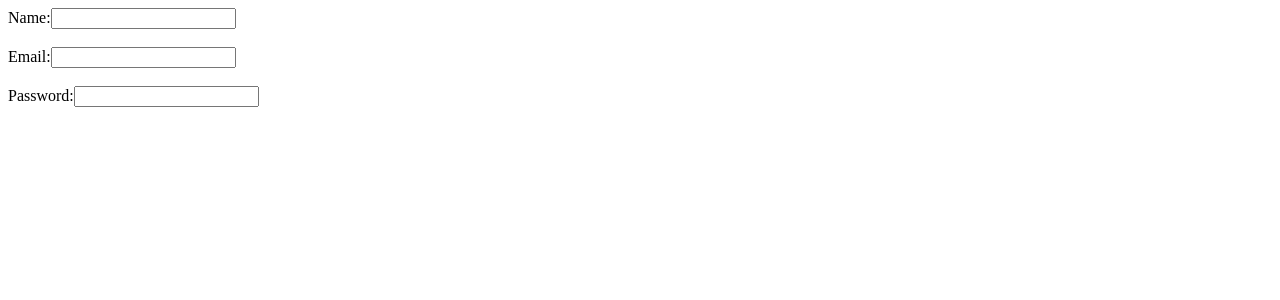
Repository: MohansaiAnuval/Projects-Servlet
Page: http://localhost/Servlet_JDBC/
The author's editor kept a copy of each file at every save. The page is drawn from the files as they stood at one save, then again after the next save.
The browser window is 1280 px wide. The pictures show the whole page.
The page is served by Tomcat 9.

Above is the page before, as saved 2024-05-29 10:08:15.

### Servlet_JDBC/src/main/webapp/index.jsp
<%@ page language="java" contentType="text/html; charset=ISO-8859-1"
    pageEncoding="ISO-8859-1"%>
<!DOCTYPE html>
<html>
<head>
<meta charset="ISO-8859-1">
<title>Insert title here</title>
</head>
<body>
<form>
Name:<input type="text" name="name1" ><br><br>
Email:<input type="text" name="Email" ><br><br>
Password:<input type="password" name="password" ><br><br>


</form>

</body>
</html>

After the next save:
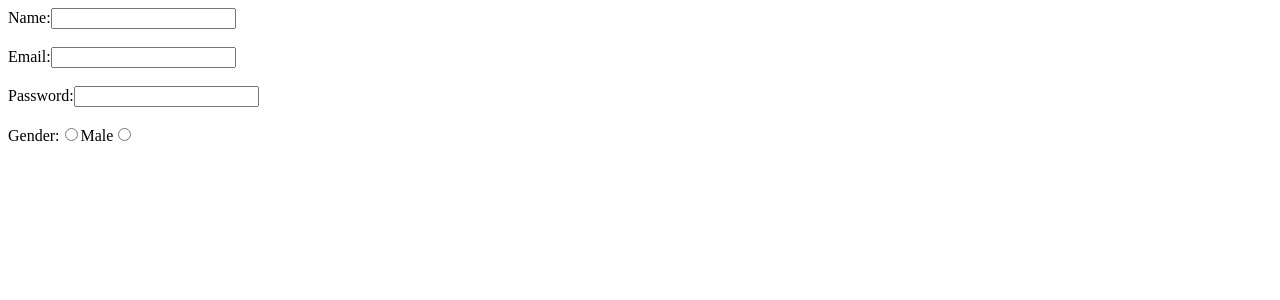
Saved 75 s later.
--- a/Servlet_JDBC/src/main/webapp/index.jsp
+++ b/Servlet_JDBC/src/main/webapp/index.jsp
@@ -11,6 +11,7 @@
 Name:<input type="text" name="name1" ><br><br>
 Email:<input type="text" name="Email" ><br><br>
 Password:<input type="password" name="password" ><br><br>
+Gender:<input type="radio" name="male" value="male">Male<input type="radio" name="female" value="female">
 
 
 </form>
